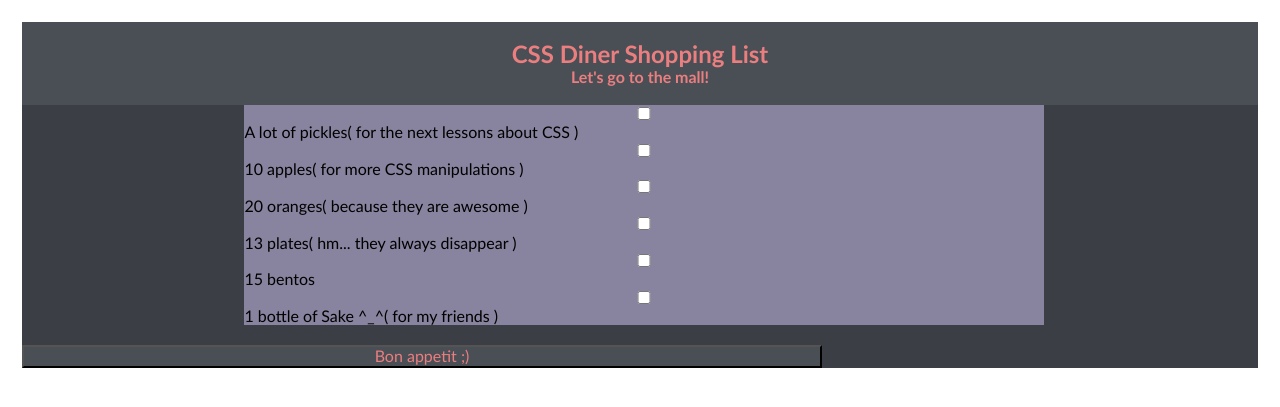
Repository: shpakovskaya/github.io
Page: selector css/shopping list/index.html
An editor plug-in stored every save of this project. The page is shown before and after the next save, followed by the edit.
The browser window is 1280 px wide. The pictures show the whole page.

Above is the page before, as saved 2021-10-25 22:12:21.

### selector css/shopping list/index.html
<!DOCTYPE html>
<html lang="en">
  <head>
    <meta charset="UTF-8" />
    <meta http-equiv="X-UA-Compatible" content="IE=edge" />
    <meta name="viewport" content="width=device-width, initial-scale=1.0" />
    <title>Shopping list</title>
    <link rel="shortcut icon" href="./favicon.ico" type="image/x-icon" />
    <link
      rel="stylesheet"
      href="https://cdnjs.cloudflare.com/ajax/libs/normalize/8.0.1/normalize.min.css"
      integrity="sha512-NhSC1YmyruXifcj/KFRWoC561YpHpc5Jtzgvbuzx5VozKpWvQ+4nXhPdFgmx8xqexRcpAglTj9sIBWINXa8x5w=="
      crossorigin="anonymous"
      referrerpolicy="no-referrer"
    />
    <link rel="stylesheet" href="./style.css" />
  </head>
  <body>
    <div class="container">
      <header class="header">
        <header class="header__wrapper">
          <br />
          <h2>CSS Diner Shopping List</h2>
          <h4>Let's go to the mall!</h4>
          <br />
        </header>
      </header>
      <div class="list">
        <form class="list__wrapper">
          <div>
            <input type="checkbox" id="pickles" name="pickles" />
            <label for="pickles">
              <span class="e-pickles">A lot of pickles</span></label
            >
          </div>
          <div>
            <input type="checkbox" id="apples" name="apples" />
            <label for="apples">
              <span class="e-apples">10 apples</span>
            </label>
          </div>
          <div>
            <input type="checkbox" id="oranges" name="oranges" />
            <label for="oranges"
              ><span class="e-oranges">20 oranges</span>
            </label>
          </div>
          <div>
            <input type="checkbox" id="plates" name="plates" />
            <label for="plates"><span class="e-plates">13 plates</span></label>
          </div>
          <div>
            <input type="checkbox" id="bentos" name="bentos" />
            <label for="bentos"><span class="e-bentos">15 bentos</span></label>
          </div>
          <div>
            <input type="checkbox" id="bottle" name="bottle" />
            <label for="bottle"
              ><span class="e-bottle">1 bottle of Sake ^_^</span></label
            >
          </div>
        </form>
      </div>
      <div class="submit">
        <input type="submit" class="bon__wrapper" value="Bon appetit ;)" />
      </div>
    </div>
  </body>
</html>

### selector css/shopping list/style.css
* {
  margin: 0;
  padding: 0;
  box-sizing: border-box;
  width: 100%;
  transition: all 0.1s ease-in;
}

.container {
  width: 100%;
  max-width: 1920px;
  height: 100%;
  box-sizing: border-box;
  background: #3b3f45;
  border: #ffff solid 22px;
  font-family: "Trebuchet MS", Arial, sans-serif;
}
.header__wrapper {
  width: 100%;
  height: 20%;
  color: #eb7e7f;
  background: #4a4f56;
  text-align: center;
}
.list__wrapper {
  box-sizing: border-box;
  width: 800px;
  background-color: #88839e;
  position: relative;
  left: 18%;
  display: block;
  justify-items: left;
}

.list__wrapper label {
  white-space: nowrap;
}

.e-pickles::after {
  content: "( for the next lessons about CSS )";
  font-size: 16px;
}

.e-apples::after {
  content: "( for more CSS manipulations )";
  font-size: 16px;
}

.e-oranges::after {
  content: "( because they are awesome )";
  font-size: 16px;
}

.e-plates::after {
  content: "( hm... they always disappear )";
  font-size: 16px;
}

.e-bottle::after {
  content: "( for my friends )";
  font-size: 16px;
}

.e-pickles::before {
  content: normal;
}

.submit {
}
.bon__wrapper {
  width: 800px;
  box-sizing: border-box;
  background: #4a4f56;
  color: #eb7e7f;
  margin-top: 20px;
  display: flex;
  flex-direction: column;
}

After the next save:
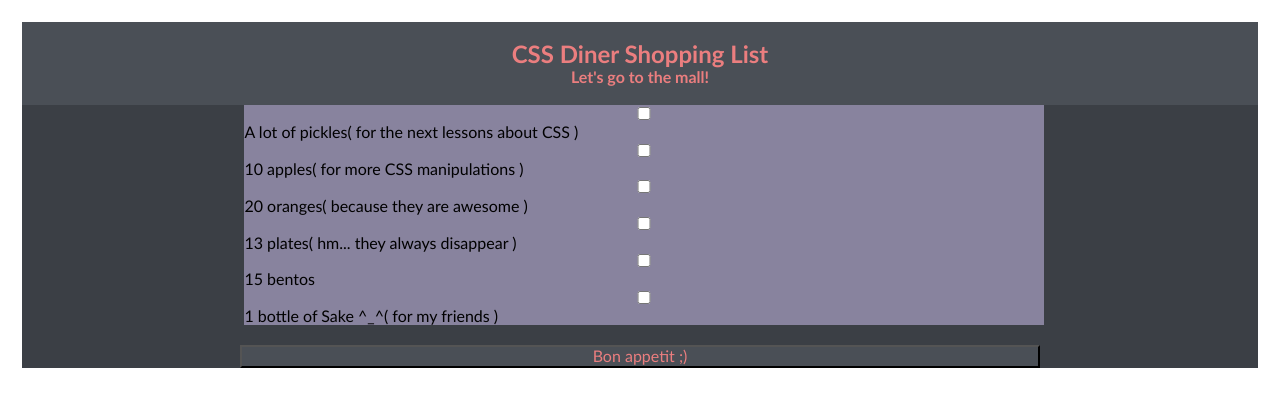
Saved 53 s later.
--- a/selector css/shopping list/style.css
+++ b/selector css/shopping list/style.css
@@ -66,6 +66,8 @@
 }
 
 .submit {
+  display: flex;
+  justify-content: center;
 }
 .bon__wrapper {
   width: 800px;
@@ -73,6 +75,4 @@
   background: #4a4f56;
   color: #eb7e7f;
   margin-top: 20px;
-  display: flex;
-  flex-direction: column;
 }
